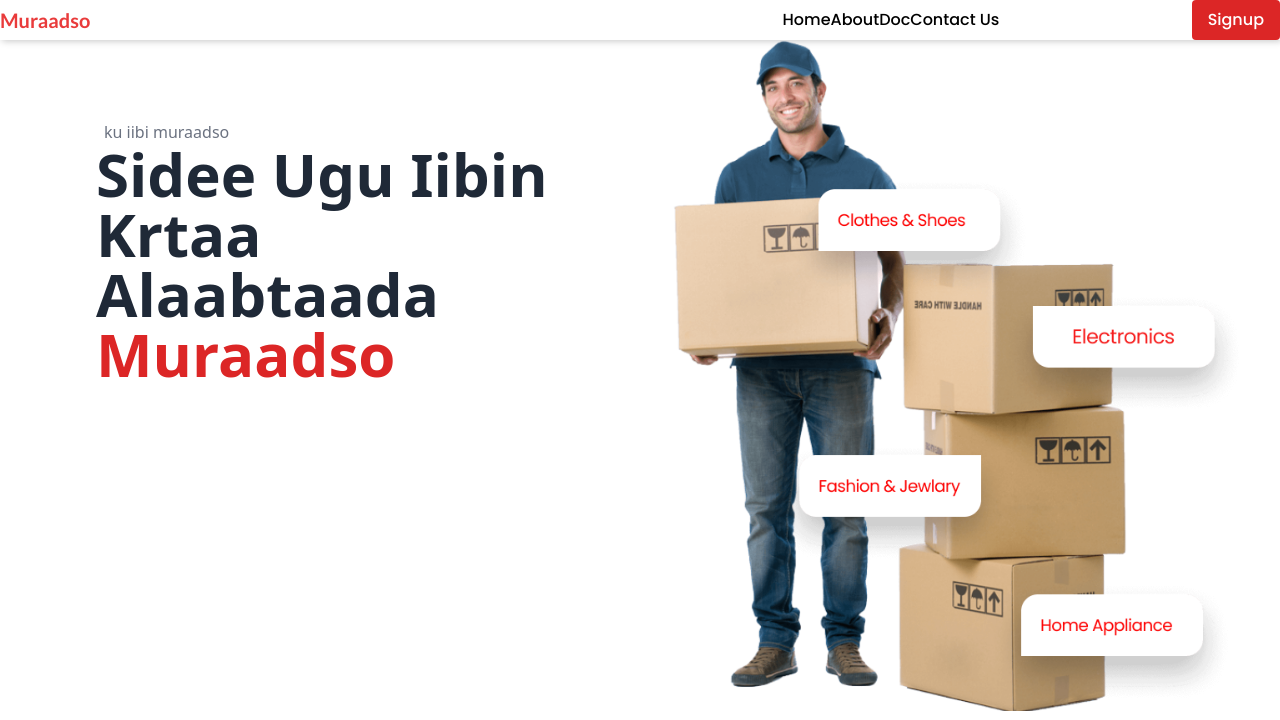
Repository: muraadso/Muraadso-Sellers
Page: /
These files come from the project's save history. The page is drawn as it stood at one moment and after the next save; the edit follows.
The browser window is 1280 px wide. The pictures show the whole page.
The project was rebuilt for these pictures with package versions that can differ from the ones it lists, and the page was loaded fresh each time. The framework's server and built-in components were replaced by stand-ins that run in the browser. Also part of the build but not shown: next.config.js, components/About.jsx.

Above is the page before, as saved 2021-12-05 18:25:55.

### pages/_app.js
import '../styles/globals.css'
 import 'tailwindcss/tailwind.css'
import { Layout } from '../components/Layout'


function MyApp({ Component, pageProps }) {
  return (
    <Layout>
      <Component {...pageProps} />
    </Layout>
  )
}

export default MyApp

### pages/index.js
import Head from 'next/head'
import Image from 'next/image'
import Navbar from '../components/Navbar'
import Hero from '../components/Hero'
import About from '../components/About'
import styles from '../styles/Home.module.css'


export default function Home() {
  return (
    <div className={styles.container}>
      <Head>
        <title>Muraadso Sellers</title>
        <meta name="description" content="Generated by create next app" />
        <link rel="icon" href="/favicon.ico" />
      </Head>
      <Hero />
    </div>
  )
}

### styles/globals.css
@import url('https://fonts.googleapis.com/css2?family=Lato:ital,wght@0,300;0,400;0,700;0,900;1,700&family=Poppins:wght@200;300;400;500;600;700&display=swap');
html,
body {
  padding: 0;
  margin: 0;
}

a {
  color: inherit;
  text-decoration: none;
}

* {
  box-sizing: border-box;
}


.navbar {
  box-shadow: 2px 1px 7px rgba(0, 0, 0, 0.226);
  font-family: 'Poppins', sans-serif  ;
  font-weight: 500;

}
  .logo{
    font-family: 'Lato', sans-serif;
    font-weight: 700;
    color: rgb(233, 59, 59);
    font-size: 20px ;
  }

.nav{
  margin-left: 500px;
}










@tailwind base;
@tailwind components;
@tailwind utilities

### components/Layout.js
import Navbar from "./Navbar"
import Footer from "./Footer"

export const Layout = ({children}) => {
    return (
        <div className="layout">
            <Navbar />
                {children}
            <Footer />



        </div>
    )
}

### components/Navbar.jsx

const Navbar = () => {
    return (
        <div>
     <div className="sticky top-0 z-20 items-center justify-between bg-white md:flex navbar">
         <a className="logo" href="#">Muraadso</a>
         <nav className="sticky top-0 z-20 items-center justify-between bg-white md:flex nav">
             <a className="hover:text-red-600" href="">Home</a>
             <a className="hover:text-red-600" href="">About</a>
             <a className="hover:text-red-600" href="">Doc</a>
             <a className="hover:text-red-600" href="">Contact Us</a>
         </nav>
         <a href="#" className="px-4 py-2 text-white bg-red-600 rounded hover:bg-red-700 signup ">Signup</a>
     </div>

        </div>
    )
}

export default Navbar

### components/Hero.jsx
const Hero = () => {
    return (
        <div className="grid grid-cols-2 hero">
                <div className="px-16 py-20 herotxt">
                    <h6 className="px-2 font-medium text-gray-500">ku iibi muraadso</h6>
                    <h1 className="md:font-bold md:text-gray-800 md:capitalize lg:text-6xl">sidee ugu iibin krtaa <br /> alaabtaada <span className="md:text-red-600">muraadso </span></h1>
                </div>
                <div className="heroimg">
                    <img className="w-4/4 "  src="/images/heroimage.png" alt="heroimage" />
                </div>

        </div>
    )
}

export default Hero

### components/Footer.jsx
const Footer = () => {
    return (
        <div>
        </div>
    )
}

export default Footer

### tailwind.config.js
module.exports = {
   purge: ['./pages/**/*.{js,ts,jsx,tsx}', './components/**/*.{js,ts,jsx,tsx}'],
  darkMode: false, // or 'media' or 'class'
  theme: {
    extend: {},

  },
  variants: {
    extend: {},
  },
  plugins: [],
}

Loaded but not shown: styles/Home.module.css (common file)

After the next save:
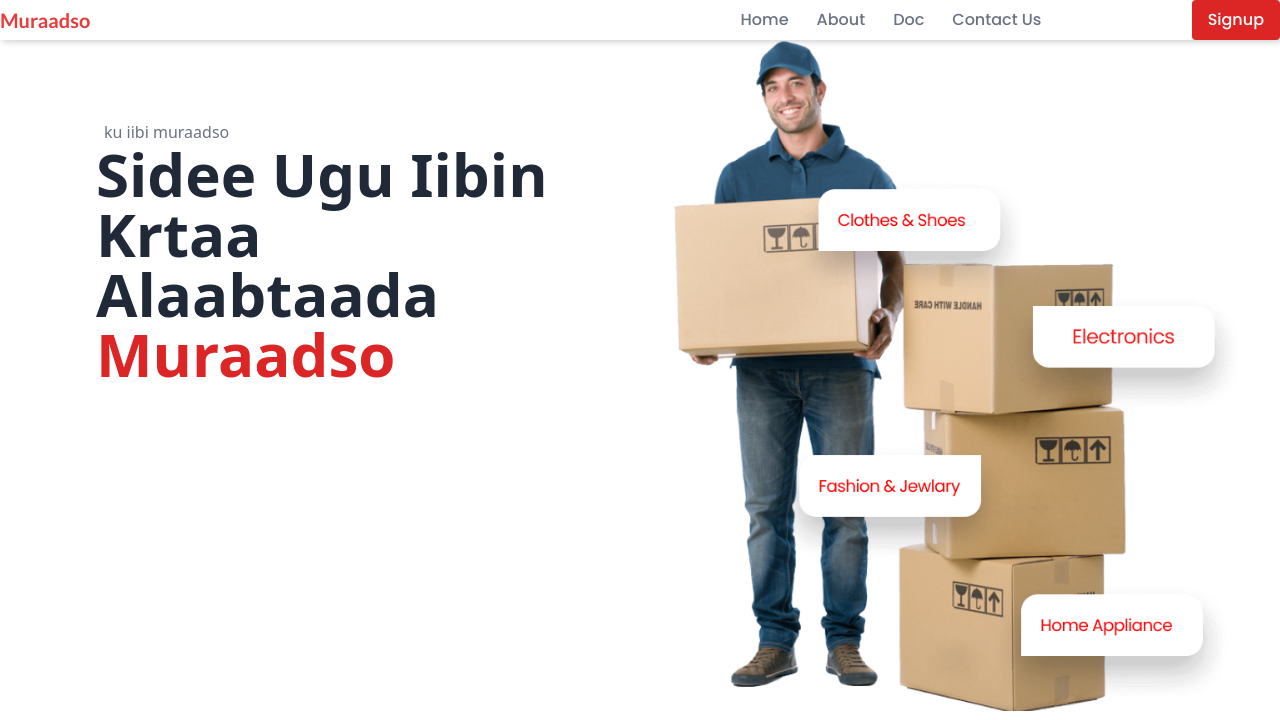
Saved 38 s later.
--- a/components/Navbar.jsx
+++ b/components/Navbar.jsx
@@ -4,7 +4,7 @@
         <div>
      <div className="sticky top-0 z-20 items-center justify-between bg-white md:flex navbar">
          <a className="logo" href="#">Muraadso</a>
-         <nav className="sticky top-0 z-20 items-center justify-between bg-white md:flex nav">
+         <nav className="fixed bottom-0 items-center w-10/12 p-2 space-y-5 text-white bg-gray-500 md:static top-12 md:flex md:space-x-7 md:bg-transparent bg-opacity-90 md:w-auto md:text-gray-500 md:space-y-0 transition-left nav">
              <a className="hover:text-red-600" href="">Home</a>
              <a className="hover:text-red-600" href="">About</a>
              <a className="hover:text-red-600" href="">Doc</a>
